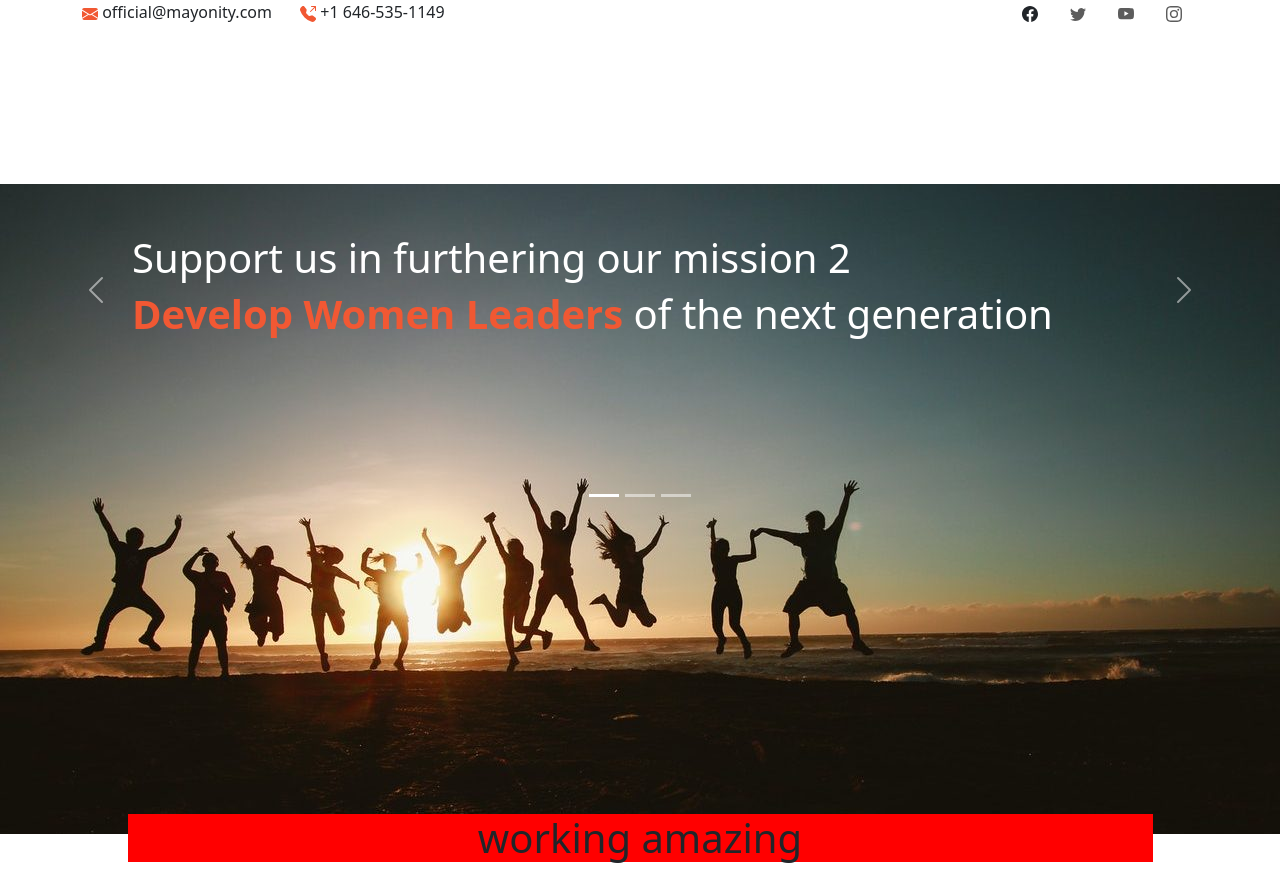
Repository: rizwan-zafar/wings
Page: /
An editor plug-in stored every save of this project. The page is shown before and after a run of saves, followed by the edit.
The browser window is 1280 px wide. The pictures show the whole page.
The project was rebuilt for these pictures with package versions that can differ from the ones it lists, and the page was loaded fresh each time.

Above is the page before, as saved 2022-11-27 16:36:24.

### public/index.html
<!DOCTYPE html>
<html lang="en">
  <head>
    <meta charset="utf-8" />
    <link rel="icon" href="%PUBLIC_URL%/favicon.ico" />
    <meta name="viewport" content="width=device-width, initial-scale=1" />
    <meta name="theme-color" content="#000000" />
    <meta
      name="description"
      content="Web site created using create-react-app"
    />
    <link rel="apple-touch-icon" href="%PUBLIC_URL%/logo192.png" />
    <!--
      manifest.json provides metadata used when your web app is installed on a
      user's mobile device or desktop. See https://developers.google.com/web/fundamentals/web-app-manifest/
    -->
    <link rel="manifest" href="%PUBLIC_URL%/manifest.json" />
    <!--
      Notice the use of %PUBLIC_URL% in the tags above.
      It will be replaced with the URL of the `public` folder during the build.
      Only files inside the `public` folder can be referenced from the HTML.

      Unlike "/favicon.ico" or "favicon.ico", "%PUBLIC_URL%/favicon.ico" will
      work correctly both with client-side routing and a non-root public URL.
      Learn how to configure a non-root public URL by running `npm run build`.
    -->
    <title>Wings</title>
  </head>
  <body>
    <noscript>You need to enable JavaScript to run this app.</noscript>
    <div id="root"></div>
    <!--
      This HTML file is a template.
      If you open it directly in the browser, you will see an empty page.

      You can add webfonts, meta tags, or analytics to this file.
      The build step will place the bundled scripts into the <body> tag.

      To begin the development, run `npm start` or `yarn start`.
      To create a production bundle, use `npm run build` or `yarn build`.
    -->
  </body>
</html>

### src/index.js
import React from 'react';
import ReactDOM from 'react-dom/client';
import './index.css';
import App from './App';
import "../node_modules/bootstrap/dist/css/bootstrap.min.css"
import "../node_modules/bootstrap/dist/js/bootstrap.min.js"

const root = ReactDOM.createRoot(document.getElementById('root'));
root.render(
     <App />
 );

// If you want to start measuring performance in your app, pass a function
// to log results (for example: reportWebVitals(console.log))
// or send to an analytics endpoint. Learn more: https://bit.ly/CRA-vitals

### src/index.css
html {
  margin: 0;
  padding: 0;
  font-family: -apple-system, BlinkMacSystemFont, 'Segoe UI', 'Roboto', 'Oxygen',
    'Ubuntu', 'Cantarell', 'Fira Sans', 'Droid Sans', 'Helvetica Neue',
    sans-serif;
  -webkit-font-smoothing: antialiased;
  -moz-osx-font-smoothing: grayscale;
}
.icons{
  color:#f15833 ;
}
.social-icons{
  color:#000000a3
}

### src/App.js
import Home from "./Pages/Home"
function App() {
  return (

    <>
      <Home />
    </>

  );
}

export default App;

### src/Pages/Home.js
import React from 'react'
import TopNavbar from "../Components/Topnavbar"
// import Navbar from "../Components/Navbar"
import Slider from "../Components/Slider"
export default function Home() {
    return (
        <div>
            <TopNavbar />
            {/* <Navbar /> */}
            <Slider />
        </div>
    )
}

### src/Components/Topnavbar.js
import React from 'react'
// import "../Css/Topnav.css"
import { EnvelopeFill, TelephoneOutboundFill, Twitter, Youtube, Instagram, Facebook } from "react-bootstrap-icons"
export default function Topnavbar() {
    return (
        <div className="top-bar container d-flex justify-content-between">
            <div>
                <span> <EnvelopeFill className="icons" /> official@mayonity.com</span>
                <span className="set-padding p-4"> <TelephoneOutboundFill className="icons ml-3" /> +1 646-535-1149</span>
            </div>
            <div>
                <span className="p-3 social-icons-"><Facebook /></span>
                <span className="p-3 social-icons"><Twitter /></span>
                <span className="p-3 social-icons"><Youtube /></span>
                <span className="p-3 social-icons"><Instagram /></span>
            </div>
        </div>
    )
}

### src/Components/Slider.js
import React from 'react'
import "../Css/Slider.css"
// import Navbar from "../Components/Navbar"
export default function Slider() {
    return (
        <>
            {/* <Navbar /> */}
            <div className="set-slider">
                <div id="carouselExampleCaptions" className=" carousel slide" data-bs-ride="false">
                    <div className="carousel-indicators">
                        <button type="button" data-bs-target="#carouselExampleCaptions" data-bs-slide-to="0" className="active" aria-current="true" aria-label="Slide 1"></button>
                        <button type="button" data-bs-target="#carouselExampleCaptions" data-bs-slide-to="1" aria-label="Slide 2"></button>
                        <button type="button" data-bs-target="#carouselExampleCaptions" data-bs-slide-to="2" aria-label="Slide 3"></button>
                    </div>
                    <div className="carousel-inner container">
                        <div className="carousel-item bg-cover active">
                            <div>
                                <h1>Support us in furthering our mission 2</h1>
                                <h1><strong>Develop Women Leaders</strong> of the next generation</h1>
                            </div>
                        </div>
                        <div className="carousel-item">
                            <div>
                                <h1>Support us in furthering our mission 3</h1>
                                <h1><strong>Develop Women Leaders</strong> of the next generation</h1>
                            </div>
                        </div>
                        <div className="carousel-item">
                            <div>
                                <h1>Support us in furthering our mission</h1>
                                <h1><strong>Develop Women Leaders</strong> of the next generation</h1>
                            </div>
                        </div>

                    </div>
                    <div>
                        <button className="carousel-control-prev" type="button" data-bs-target="#carouselExampleCaptions" data-bs-slide="prev">
                            <span className="carousel-control-prev-icon" aria-hidden="true"></span>
                            <span className="visually-hidden">Previous</span>
                        </button>
                        <button className="carousel-control-next" type="button" data-bs-target="#carouselExampleCaptions" data-bs-slide="next">
                            <span className="carousel-control-next-icon" aria-hidden="true"></span>
                            <span className="visually-hidden">Next</span>
                        </button>
                    </div>
                </div>
            </div>

            <div className="container text-center slider-footer">
                <div className="container">
                    <h1>working amazing</h1>
                </div>
            </div>
        </>
    )
}

### src/Css/Slider.css
.set-slider {
    background-image: url("/public/Images/header.jpg");
    background-size: cover;
    background-repeat: no-repeat;
    height: 650px;
}

.set-slider .carousel-indicators {
    top: 300px
}

.set-slider .carousel-inner {
    margin-top: 160px;
    color: white
}

.set-slider .carousel-inner .carousel-item>div {

    padding: 50px;
}

.set-slider .carousel-inner h1 {

    font-weight: 400;
}

.set-slider .carousel-inner h1 strong {
    color: #f15833
}

.slider-footer>div {
    background: red;
    max-width: 1025px;
    margin-top: -20px;
}

@media (max-width: 1400px) {
    .nav-container .navbar-expanding {
        flex-wrap: nowrap !important;
        justify-content: flex-start !important;
        background-color: red;
    }
}

@media (max-width: 991px) {

    .set-slider .carousel-item h1 {
        font-size: 35px;
    }
}

@media (max-width: 450px) {
    .set-slider {
        height: 450px;
    }

    .set-slider .carousel-inner {
        margin-top: 16px;
    }

    .set-slider .carousel-item h1 {
        font-size: 25px;
    }
}

### src/Components/Navbar.js
import React from 'react'

export default function Navbar() {
  return (
    <div className="nav-container container">
      <nav className="navbar navbar-expand-lg navbar-dark">
        <div className="container-fluid">
          <a className="navbar-brand" href="/">Navbar</a>
          <button className="navbar-toggler" type="button" data-bs-toggle="collapse" data-bs-target="/navbarNav" aria-controls="navbarNav" aria-expanded="false" aria-label="Toggle navigation">
            <span className="navbar-toggler-icon"></span>
          </button>
          <div className="collapse navbar-collapse" id="navbarNav">
            <ul className="navbar-nav ms-auto">
              <li className="nav-item">
                <a className="nav-link active" aria-current="page" href="/">Home</a>
              </li>
              <li className="nav-item">
                <a className="nav-link" href="/">About Us</a>
              </li>
              <li className="nav-item">
                <a className="nav-link" href="/">Signature Program</a>
              </li>
              <li className="nav-item">
                <a className="nav-link" href="/">Learning</a>
              </li>
              <li className="nav-item">
                <a className="nav-link" href="/">/101WomenOnDesk</a>
              </li>
              <li className="nav-item">
                <a className="nav-link" href="/">Corporate Clients</a>
              </li>
              <li className="nav-item">
                <a className="nav-link" href="/">Get Involved</a>
              </li>
              <li className="nav-item">
                <a className="nav-link" href="/">Get Involved</a>
              </li>
              <li className="nav-item">
                <a className="nav-link" href="/">Testimonial</a>
              </li>
              <li className="nav-item">
                <a className="nav-link btn " href="/">Donate Now</a>
              </li>

            </ul>
          </div>
        </div>
      </nav>
    </div>


 )
}

After the next 4 saves:
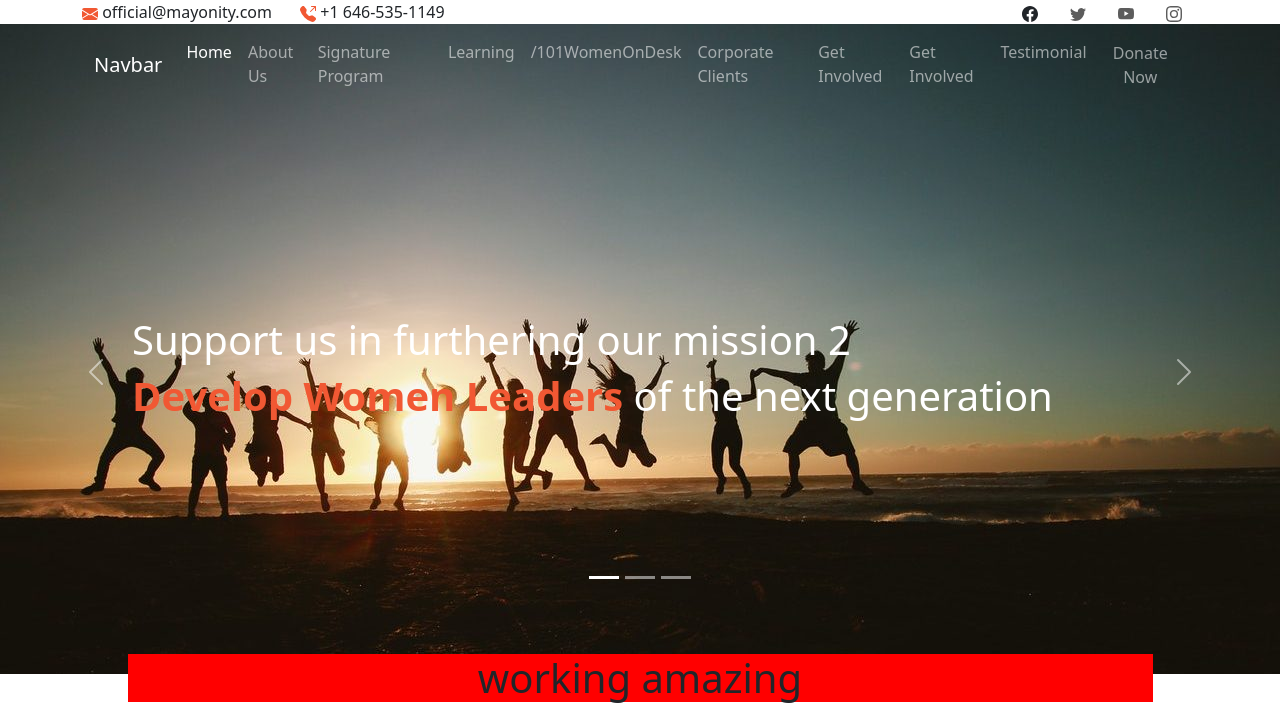
The 4 saves are shown as one change because they came seconds apart.
The last was saved 11 s later.
--- a/src/Components/Slider.js
+++ b/src/Components/Slider.js
@@ -1,11 +1,11 @@
 import React from 'react'
 import "../Css/Slider.css"
-// import Navbar from "../Components/Navbar"
+import Navbar from "../Components/Navbar"
 export default function Slider() {
     return (
         <>
-            {/* <Navbar /> */}
             <div className="set-slider">
+            <Navbar />
                 <div id="carouselExampleCaptions" className=" carousel slide" data-bs-ride="false">
                     <div className="carousel-indicators">
                         <button type="button" data-bs-target="#carouselExampleCaptions" data-bs-slide-to="0" className="active" aria-current="true" aria-label="Slide 1"></button>
